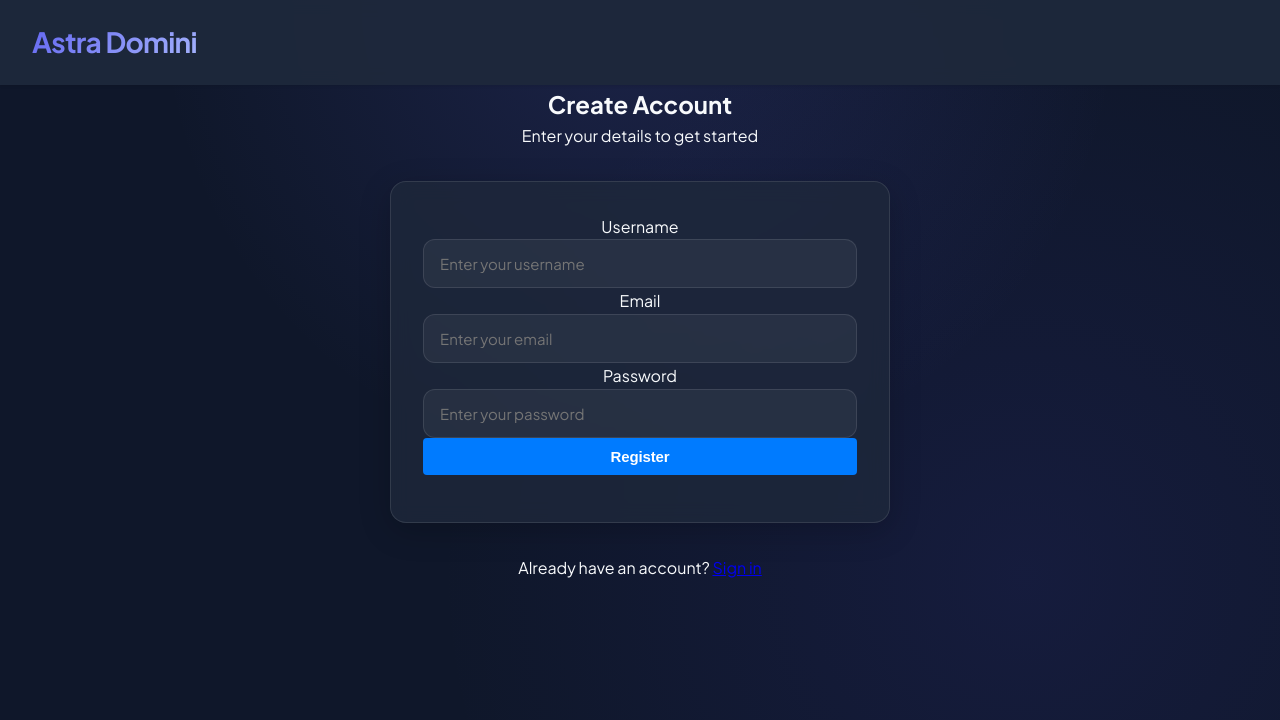
Repository: Resanso/astraReminder
Page: /register
The author's editor kept a copy of each file at every save. The page is drawn from the files as they stood at one save, then again after the next save.
The browser window is 1280 px wide. The pictures show the whole page.
Some web fonts or font styles are not loaded; a fallback is used. The project was rebuilt for these pictures with package versions that can differ from the ones it lists, and the page was loaded fresh each time. Some packages were replaced by stand-ins written for this rebuild. Also part of the build but not shown: src/components/TaskList.js, src/components/AdminPanel.js, src/components/Login.js.

Above is the page before, as saved 2025-02-25 00:46:21.

After the next save:
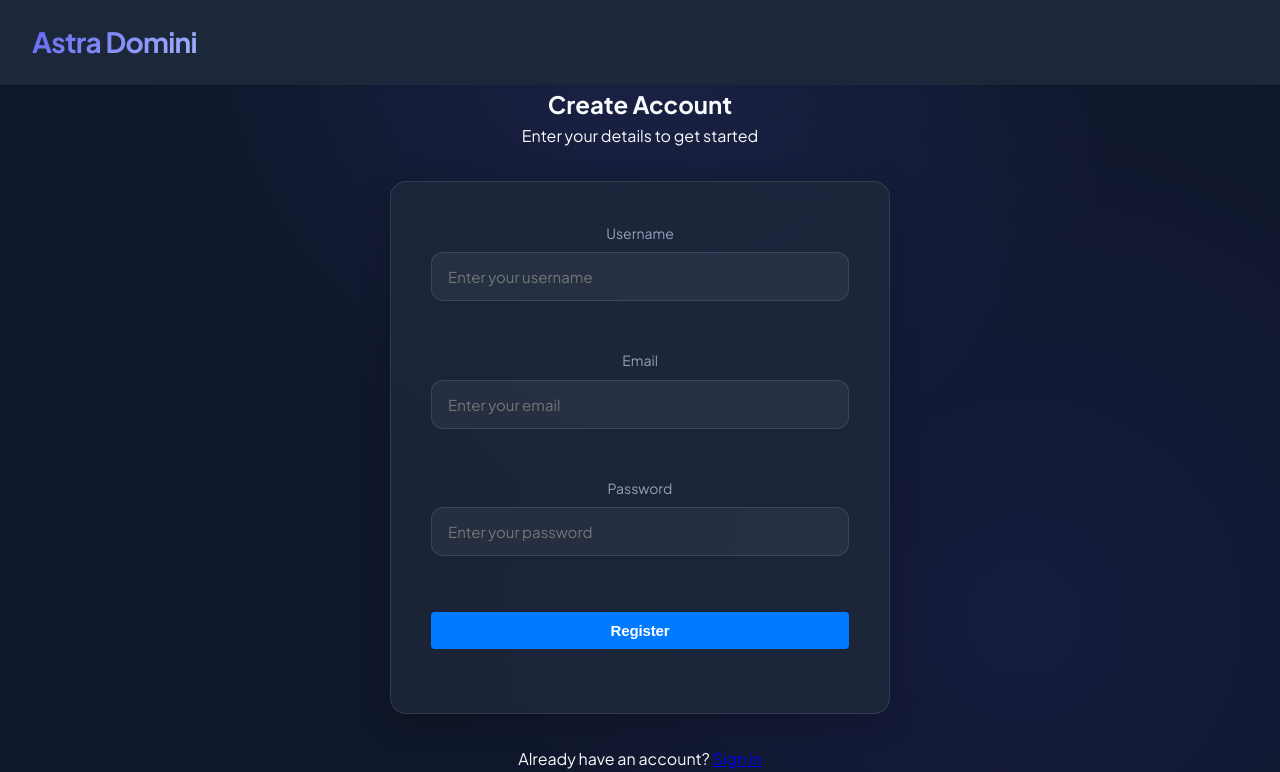
Saved 2 min 39 s later.
--- a/src/App.css
+++ b/src/App.css
@@ -331,7 +331,7 @@ header h1 {
   backdrop-filter: blur(10px);
   border: 1px solid rgba(255, 255, 255, 0.1);
   border-radius: 1rem;
-  padding: 2rem;
+  padding: 2.5rem;
   max-width: 500px;
   margin: 2rem auto;
   box-shadow: var(--card-shadow);
@@ -347,6 +347,7 @@ header h1 {
   font-family: inherit;
   font-size: 0.9375rem;
   transition: var(--transition-base);
+  margin-bottom: 1.5rem;
 }
 
 .auth-form input:focus {
@@ -363,7 +364,8 @@ header h1 {
   border: none;
   border-radius: 4px;
   cursor: pointer;
-  margin-bottom: 15px;
+  margin-bottom: 1.5rem;
+  margin-top: 0.5rem;
 }
 
 .auth-form button:hover {
@@ -373,10 +375,23 @@ header h1 {
 .auth-form a {
   color: #007bff;
   text-decoration: none;
+  display: block;
+  margin-top: 1rem;
 }
 
 .auth-form a:hover {
   text-decoration: underline;
+}
+
+.auth-form .form-group {
+  margin-bottom: 1.5rem;
+}
+
+.auth-form label {
+  display: block;
+  margin-bottom: 0.5rem;
+  color: var(--text-secondary);
+  font-size: 0.875rem;
 }
 
 .task-creator {
